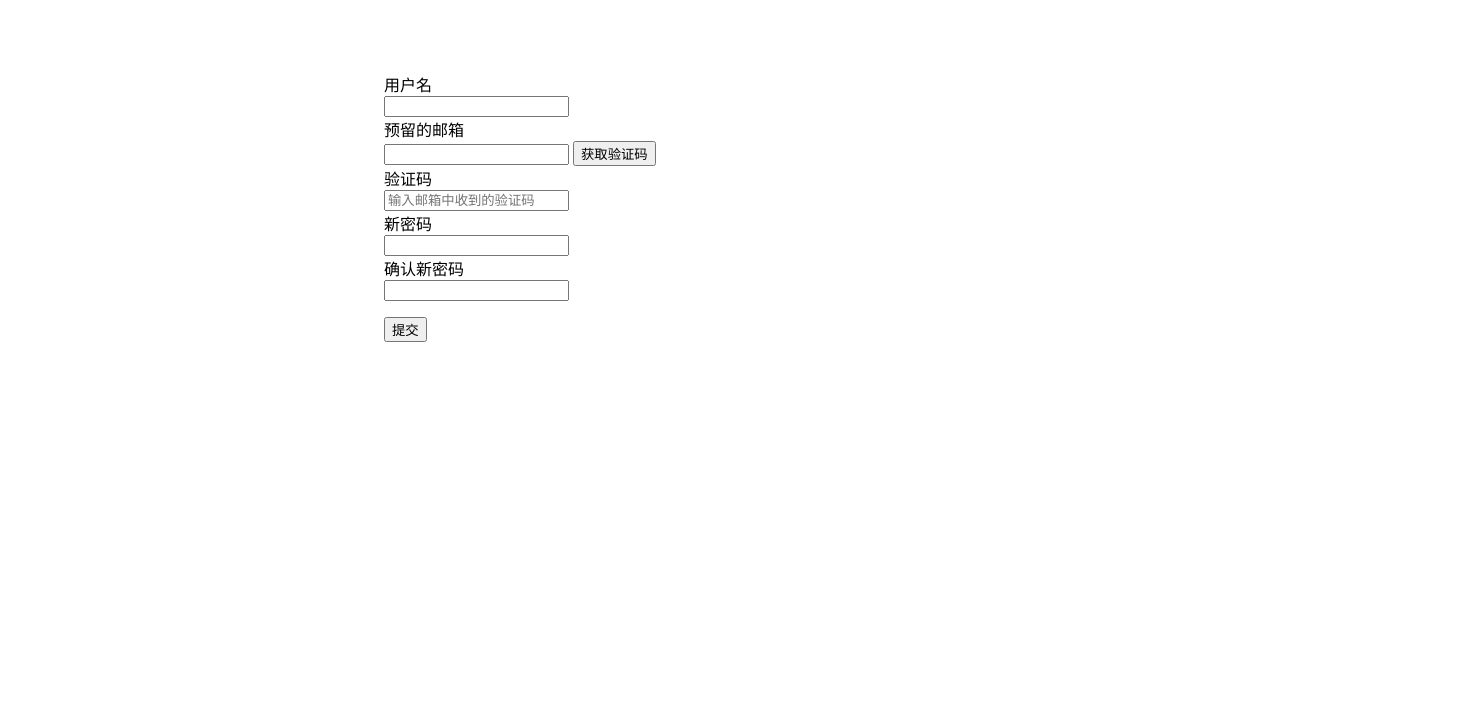
Repository: IAmJiangWenHao/ReportServer
Page: demo.html
The author's editor kept a copy of each file at every save. The page is drawn from the files as they stood at one save, then again after the next save.
The browser window is 1280 px wide. The page is 1280 px wide, then 1473 px, so the pictures cover 1473 px, including what lies to the right of the window. The pictures show the whole page.

Above is the page before, as saved 2023-05-16 12:28:30.

After the next save:
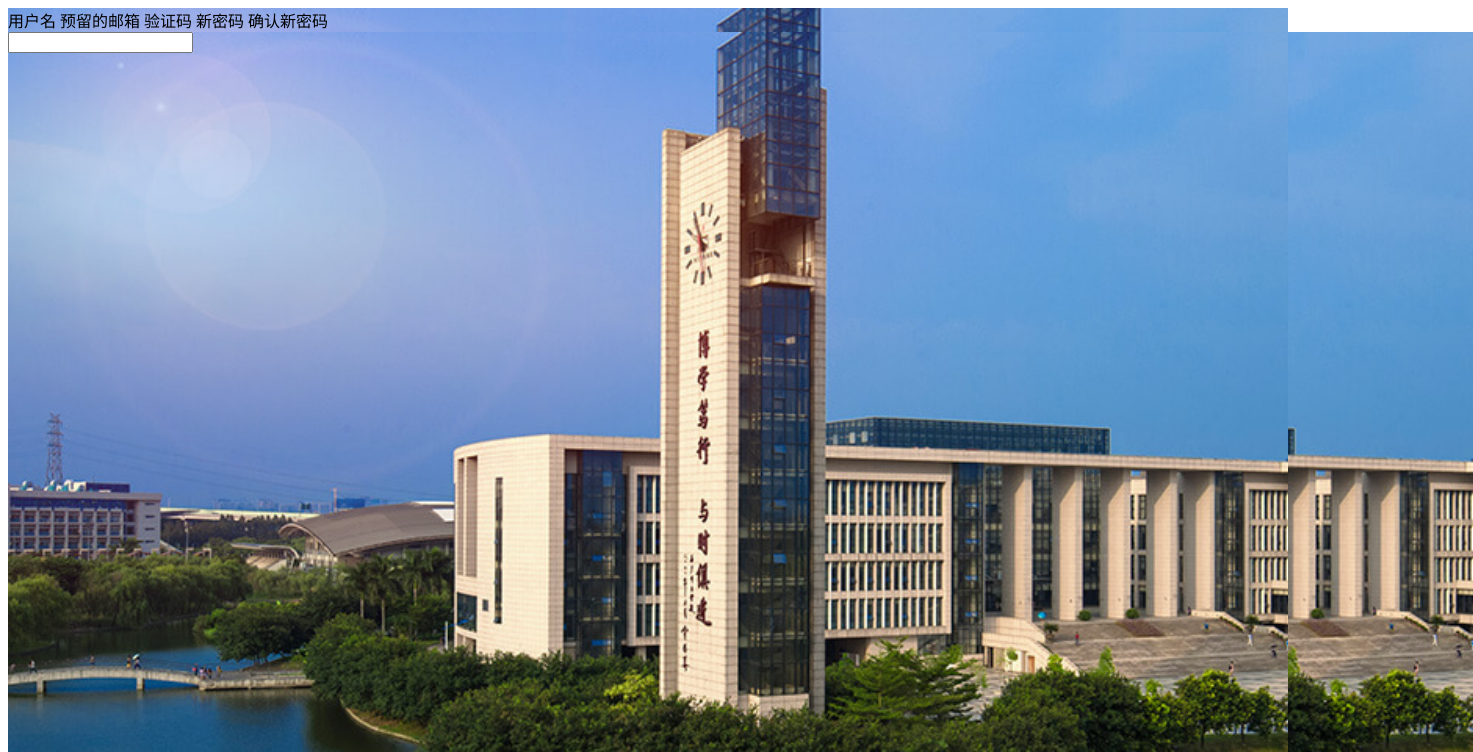
Saved 75 s later.
--- a/demo.html
+++ b/demo.html
@@ -7,7 +7,7 @@
   </head>
   <body>
     <style>
-          dfv {
+          div {
       height: 100%;
       width: 100%;
       position: absolute;
@@ -51,7 +51,7 @@
     }
     </style>
 
-    <div style="width: 500px;height:300px;position:absolute;top:10%;left:30%;">
+    <div style="width: 100%;height:100%;position:absolute;display: flex;">
       <form action="forgetPass.do" method="post" name="form1" onSubmit="return Check()">
         用户名 <div id="old"><input type="text" name="username" ></div>
         预留的邮箱 <div id="email"><input type="text" name="email" onblur=isEmail(this.value)> <input type="button" id="button" value="获取验证码"></div>
